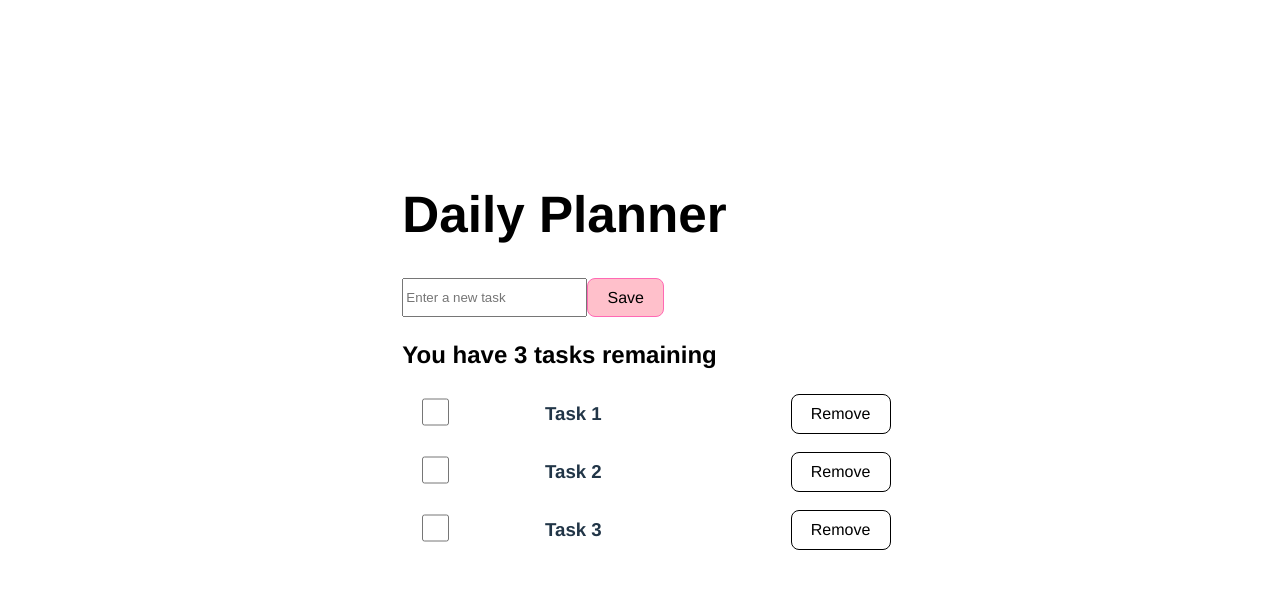
Repository: MonicaNguyenH/Frontend_Assignment6
Page: / (app in react/)
The author's editor kept a copy of each file at every save. The page is drawn from the files as they stood at one save, then again after the next save.
The browser window is 1280 px wide. The pictures show the whole page.
The project was rebuilt for these pictures with package versions that can differ from the ones it lists, and the page was loaded fresh each time. Also part of the build but not shown: react/vite.config.js.

Above is the page before, as saved 2024-10-11 14:22:02.

After the next save:
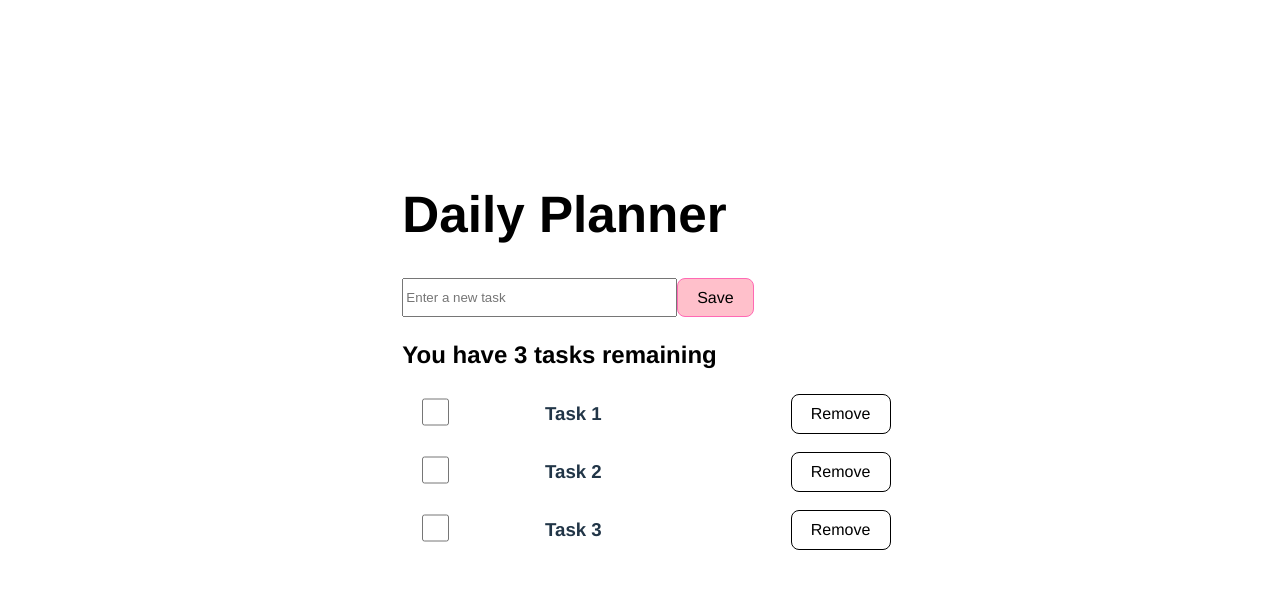
Saved 9 s later.
--- a/react/src/App.css
+++ b/react/src/App.css
@@ -41,7 +41,7 @@
 }
 
 #task-name {
-  min-width: 10em;
+  min-width: 20em;
 }
 
 
